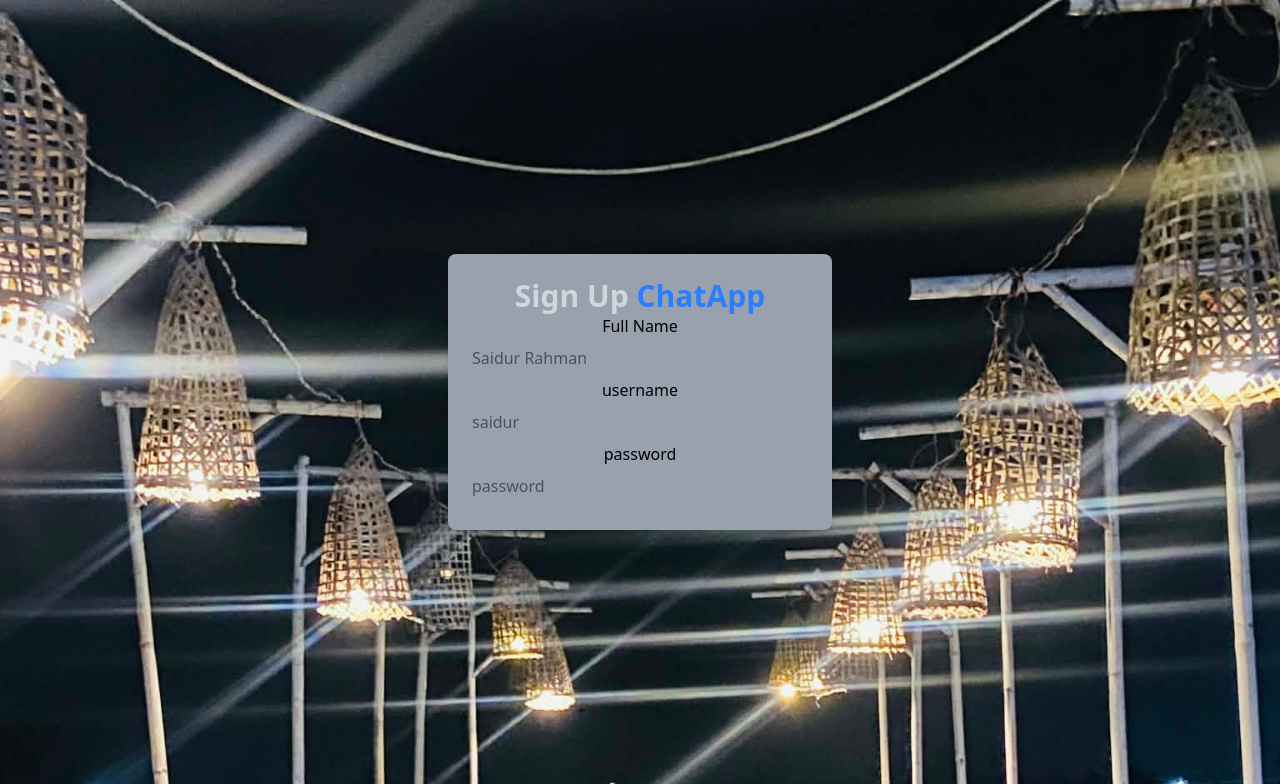
Repository: ridhukhan/chatapp
Page: / (app in frontend/)
An editor plug-in stored every save of this project. The page is shown before and after the next save, followed by the edit.
The browser window is 1280 px wide. The pictures show the whole page.
Backgrounds fixed to the window are drawn as part of the page. The project was rebuilt for these pictures with package versions that can differ from the ones it lists, and the page was loaded fresh each time. Also part of the build but not shown: frontend/vite.config.js, frontend/src/Pages/login/Login.jsx.

Above is the page before, as saved 2025-12-25 13:16:16.

### frontend/src/index.css
@import "tailwindcss";


body{

background-image: url("/bg1.jpeg");
background-repeat: no-repeat;
background-size: cover;
background-position: center;
background-attachment: fixed;
}

### frontend/src/App.jsx

import './App.css'
import Login from './Pages/login/Login'
import SignUp from './Pages/signup/SignUp'

function App() {

  return (
    <div className='p-4 h-screen flex items-center justify-center'>
     <SignUp/>
    </div>
  )
}

export default App

### frontend/src/Pages/signup/SignUp.jsx
import React from 'react'

const SignUp = () => {
  return (
    <div  className='flex flex-col items-center justify-center min-w-96 mx-auto'>

<div  className='w-full p-6 rounded-lg shadow-md bg-gray-400 bg-clip-padding backdrop-filter backdrop-blur-lg bg-opacity-0'>

	<h1 className='text-3xl font-semibold text-center text-gray-300'>
	Sign Up <span className='text-blue-500'> ChatApp</span></h1>

<form action="">
<div>

    <label  className='label p-2'>
        <span className='text-base label-text'>Full Name</span>
    </label>
    <input type='text' placeholder='Saidur Rahman' className='w-full input input-bordered  h-10' />
</div>

<div>

    <label  className='label p-2'>
        <span className='text-base label-text'>username</span>
    </label>
    <input type='text' placeholder='saidur' className='w-full input input-bordered  h-10' />
</div>

<div>

    <label  className='label p-2'>
        <span className='text-base label-text'>password</span>
    </label>
    <input type='password' placeholder='password' className='w-full input input-bordered  h-10' />
</div>














</form>

</div>




    </div>
  )
}

export default SignUp

Loaded but not shown: frontend/index.html (common file); frontend/src/main.jsx (common file); frontend/src/App.css (common file)

After the next save:
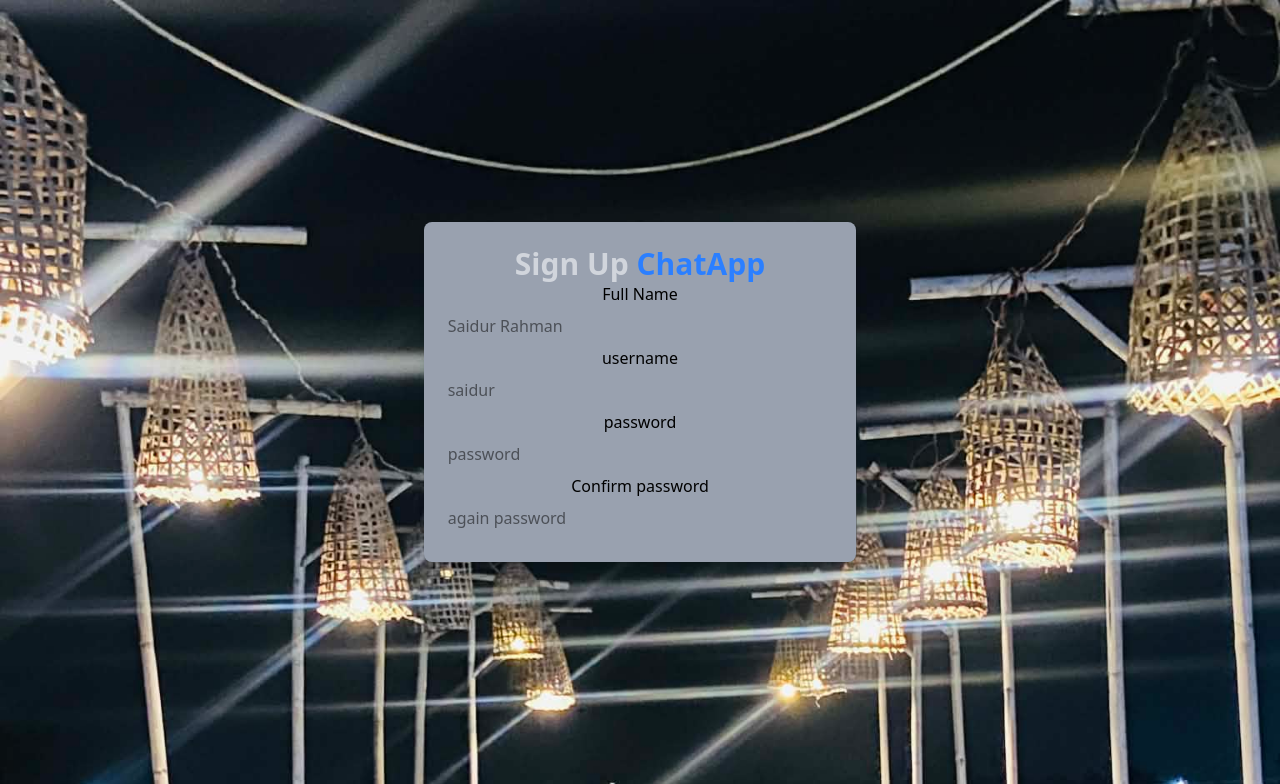
Saved 41 s later.
--- a/frontend/src/Pages/signup/SignUp.jsx
+++ b/frontend/src/Pages/signup/SignUp.jsx
@@ -33,6 +33,13 @@
     </label>
     <input type='password' placeholder='password' className='w-full input input-bordered  h-10' />
 </div>
+<div>
+
+    <label  className='label p-2'>
+        <span className='text-base label-text'>Confirm password</span>
+    </label>
+    <input type='text' placeholder='again password' className='w-full input input-bordered  h-10' />
+</div>
 
 
 
